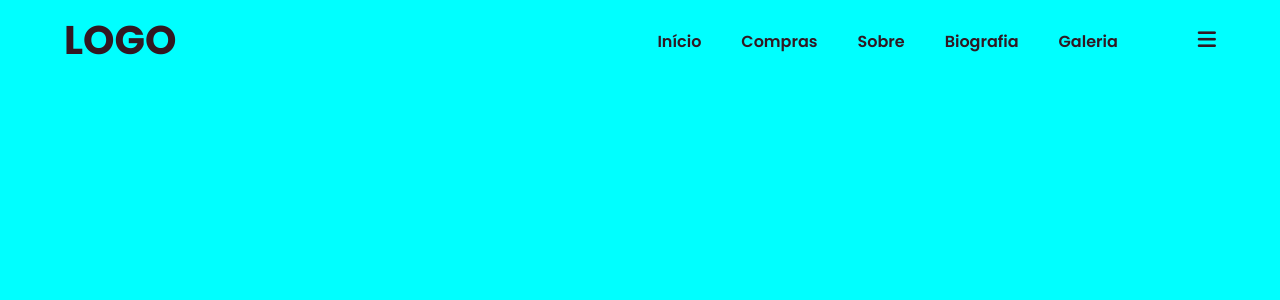
Repository: Matheus904-12/Teste
Page: teste.html
These files come from the project's save history. The page is drawn as it stood at one moment and after the next save; the edit follows.
The browser window is 1280 px wide. The pictures show the whole page.
Some web libraries are served in a nearby version.

Above is the page before, as saved 2023-11-01 10:35:05.

After the next save:
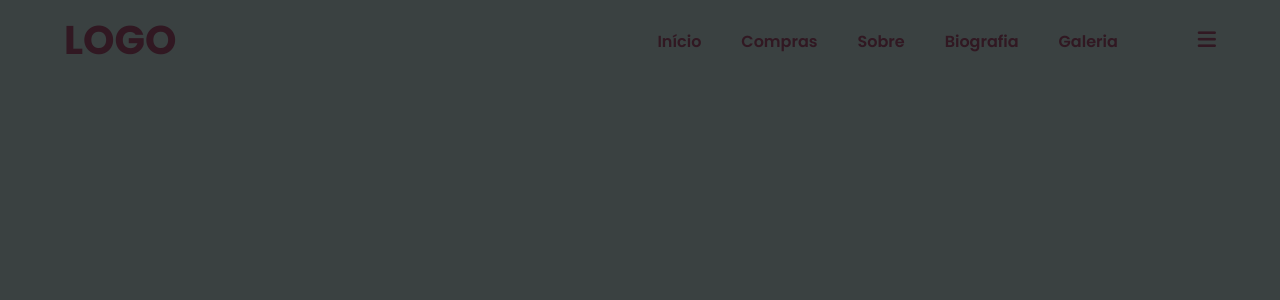
Saved 18 s later.
--- a/css.css
+++ b/css.css
@@ -13,7 +13,7 @@ body {
     min-height: 100vh;
     min-width: 400px;
     overflow: hidden;
-    background-color: aqua;
+    background-color: rgb(58, 65, 65);
 }
 
 header {
